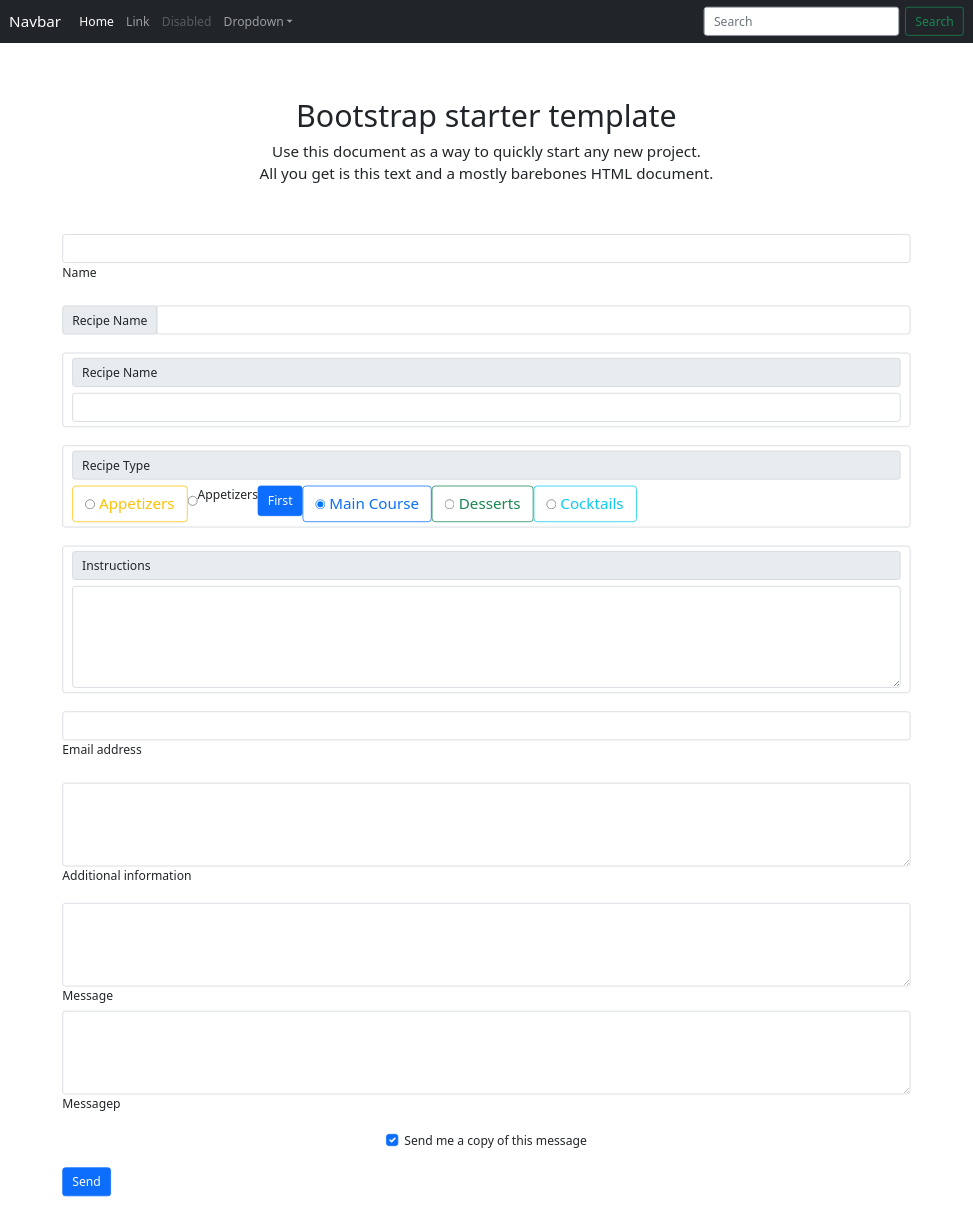
Repository: jerrywthompson/createRecipeWebpageHTML
Page: index.html
The author's editor kept a copy of each file at every save. The page is drawn from the files as they stood at one save, then again after the next save.
The browser window is 1280 px wide. The pictures show the whole page, at 76% of full size.

Above is the page before, as saved 2021-02-23 22:50:53.

After the next save:
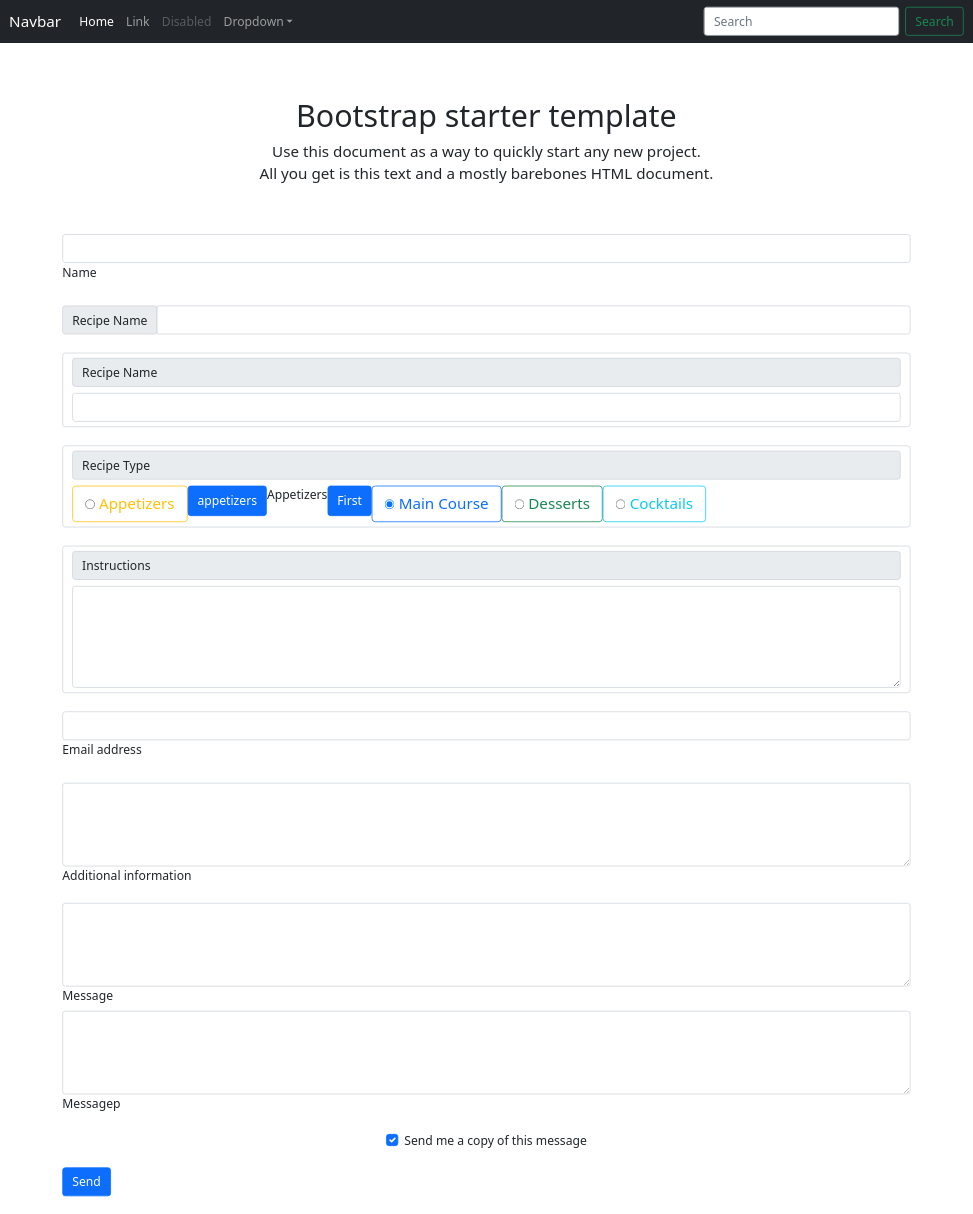
Saved 58 s later.
--- a/index.html
+++ b/index.html
@@ -111,7 +111,7 @@
                                 <label class="btn btn-outline-warning btn-lg">
                                     <input type="radio" name="recipeType" id="appetizers" value="appetizers" autocomplete="off" > Appetizers
                                 </label>
-                                <input type="radio" name="recipeType" id="appetizers" value="appetizers" autocomplete="off" class="btn btn-primary mr-5 mb-2"> Appetizers
+                                <input type="button" name="recipeType" id="appetizers" value="appetizers" autocomplete="off" class="btn btn-primary mr-5 mb-2"> Appetizers
                                 <button type="button" class="btn btn-primary mr-2 mb-2">First</button>
                                 <label class="btn btn-outline-primary btn-lg ml-3">
                                     <input type="radio" name="recipeType" id="main_course" value="main_course" autocomplete="off" checked> Main Course
